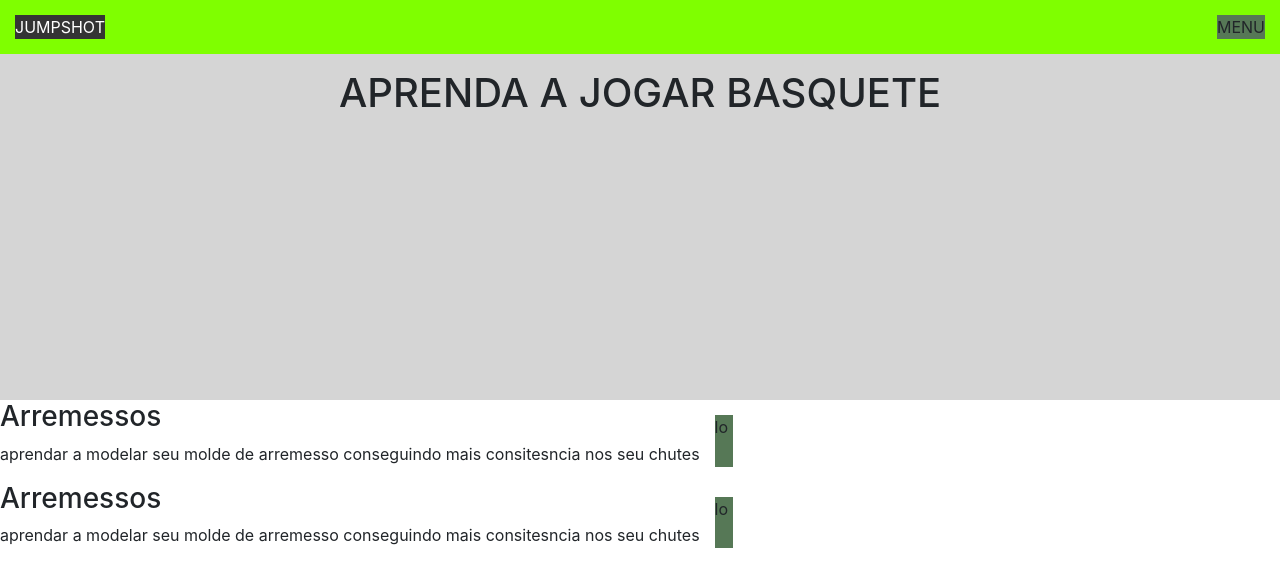
Repository: luisbisp/Jumpshot
Page: index.htm
An editor plug-in stored every save of this project. The page is shown before and after the next save, followed by the edit.
The browser window is 1280 px wide. The pictures show the whole page.

Above is the page before, as saved 2021-07-07 12:51:40.

After the next save:
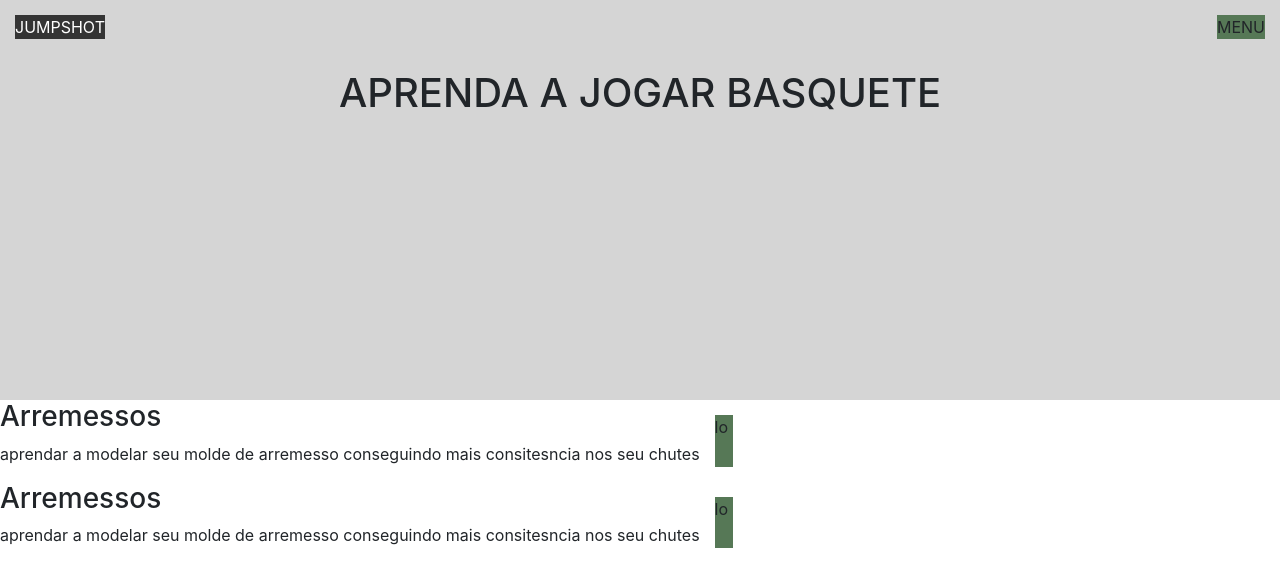
Saved 17 s later.
--- a/styles/styles.css
+++ b/styles/styles.css
@@ -3,7 +3,6 @@
      height: 400px;
  }
  .div-header{
-       background-color: chartreuse;
        display: flex;
        justify-content: space-between;
 }
